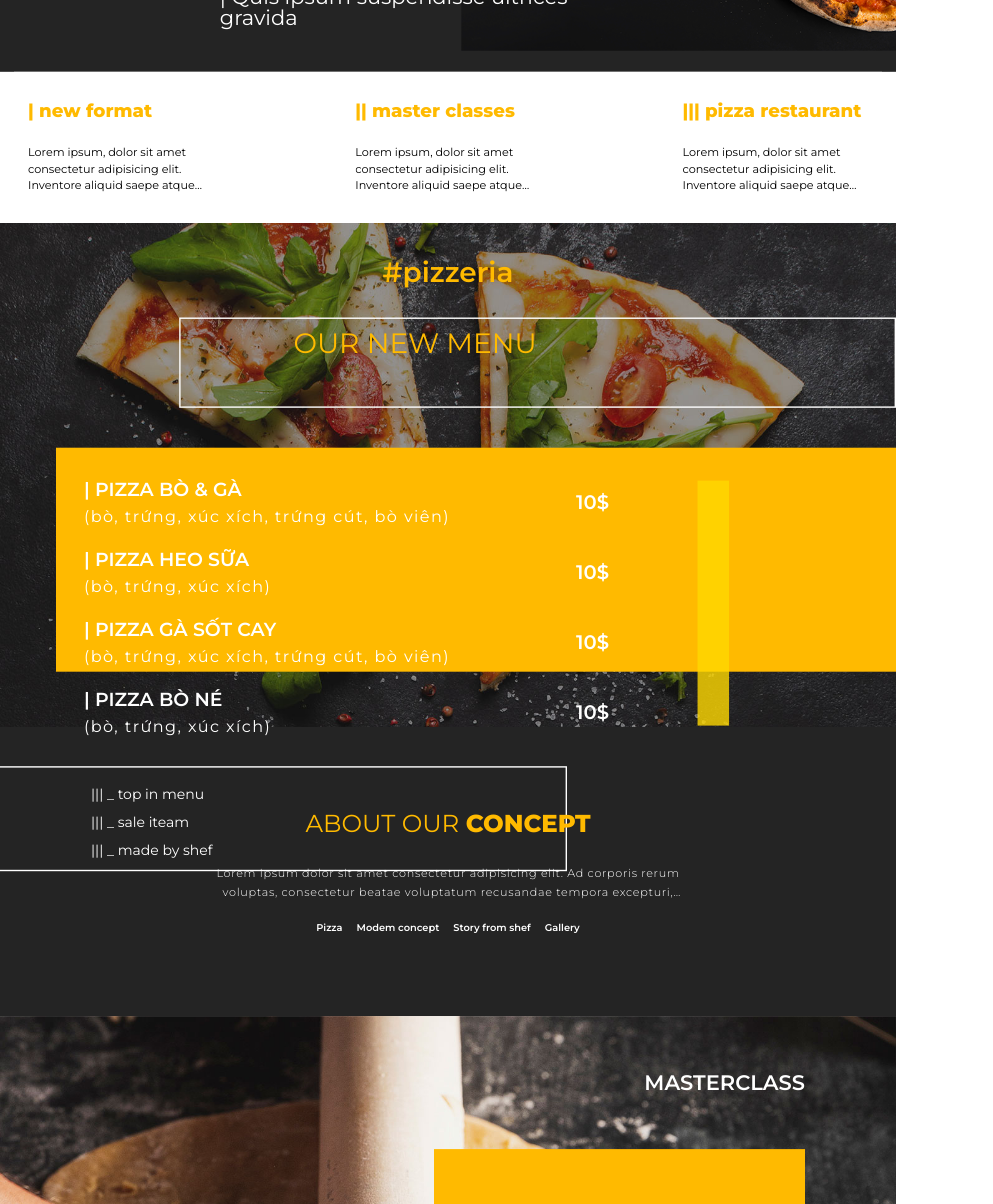
Repository: phu1204/pizzeria.github.io
Page: index.html
An editor plug-in stored every save of this project. The page is shown before and after the next save, followed by the edit.
The browser window is 1280 px wide. The page is 1419 px wide, so the pictures cover 1419 px, including what lies to the right of the window. The pictures show the part of the page from y = 1122 to 2842 px (the page is 4798 px tall), at 70% of full size.
The style sheet was rebuilt from its Sass, Less or Tailwind sources for each picture, by a compiler version that may differ from the author's.

Above is the page before, as saved 2021-07-29 22:06:47.

### index.html
<!DOCTYPE html>
<html lang="en">
  <head>
    <meta charset="UTF-8" />
    <meta http-equiv="X-UA-Compatible" content="IE=edge" />
    <meta name="viewport" content="width=device-width, initial-scale=1.0" />
    <title>#pizzeria</title>
    <link rel = "icon" href =
    "images/pizza.png"
            type = "image/x-icon">
    <link rel="preconnect" href="https://fonts.googleapis.com">
    <link rel="preconnect" href="https://fonts.gstatic.com" crossorigin>
    <link href="https://fonts.googleapis.com/css2?family=Montserrat:wght@300;400;600;800&display=swap" rel="stylesheet">
    <link rel="stylesheet" href="https://cdnjs.cloudflare.com/ajax/libs/font-awesome/5.15.3/css/all.min.css">
    <link rel="stylesheet" href="reset.css">
    <link rel="stylesheet" href="style.css">

  </head>
  <body>
      <div class="wrapper">
        <div class="container">
          <header id="header" class="header">
             <a href="#" class="header-logo">#pizzeria.</a>
             <nav class="header-menu">
               <ul class="header-list">
                 <li class="header-item"><a href="#menu" class="header-link">Menu</a></li>
                 <li class="header-item"><a href="#blog" class="header-link">Blog</a></li>
                 <li class="header-item"><a href="#about" class="header-link">About us</a></li>
                 <li class="header-item"><a href="#contact" class="header-link">Contacts</a></li>

               </ul>
               <i class="fas fa-times header-times"></i>
             </nav>
             <div class="header-info">
                <button href="" class="header-icon icon-search"><i class="fas fa-search"></i></button>
                <a href="" class="header-icon"><i class="fas fa-user"></i></a>
                <a href="" class="header-icon"><i class="fas fa-shopping-cart"></i></a>
             </div>
             <div class="header-bar">
                <i class="fas fa-bars"></i>
             </div>

             <div class="header-search">
                <input type="text" class="header-input" placeholder="Search">
             </div>
          </header>

          <section class="intro">
            <div class="intro-content">
              <div class="intro-title">
                <span class="intro-name intro--grand">grand</span>
                <span class="intro-name intro--opening">opening</span>
              </div>
              <a href="" class="button intro-button">read more</a>
            </div>
          </section>
        </div>

          <section  class="format">

            <div class="format-top">
                <div class="format-content">
                    <div class="format-title">new format</div>
                    <div class="format-info">
                      <h2 class="format-new">What new?</h2>
                      <ul class="format-list">
                        <li class="format-item">| Sed do eiusmod tempor incididunt ut Labore et</li>
                        <li class="format-item">| Dolore magna aliqua</li>
                        <li class="format-item">| Quis ipsum suspendisse ultrices gravida</li>
                      </ul>
                    </div>
                </div>
                <img src="images/format.png" alt="" class="format-img">
            </div>

            <div class="format-bottom  reveal">
              <div class="format-column">
                <h3 class="format-head">| new format</h3>
                <p class="fotmat-desc text">Lorem ipsum, dolor sit amet consectetur adipisicing elit. Inventore aliquid saepe atque quaerat ipsam tempore, quae perferendis laudantium esse architecto quas sint quia beatae id alias, sed dicta reprehenderit asperiores.</p>
              </div>
              <div class="format-column">
                <h3 class="format-head">|| master classes</h3>
                <p class="fotmat-desc text">Lorem ipsum, dolor sit amet consectetur adipisicing elit. Inventore aliquid saepe atque quaerat ipsam tempore, quae perferendis laudantium esse architecto quas sint quia beatae id alias, sed dicta reprehenderit asperiores.</p>
              </div>
              <div class="format-column">
                <h3 class="format-head">||| pizza restaurant</h3>
                <p class="fotmat-desc text">Lorem ipsum, dolor sit amet consectetur adipisicing elit. Inventore aliquid saepe atque quaerat ipsam tempore, quae perferendis laudantium esse architecto quas sint quia beatae id alias, sed dicta reprehenderit asperiores.</p>
              </div>
            </div>

          </section>

          <section id="menu" class="menu">
            <div class="menu-heading">
              <h2 class="menu-title  reveal">#pizzeria</h2>
              <p class="menu-order  reveal">our new menu</p>
            </div>
            <div class="menu-list  reveal">
              <div class="menu-item">
                <div class="menu-name">
                    <h3 class="menu-name-order"> | pizza bò & gà</h3>
                    <p class="menu-desc">(bò, trứng, xúc xích, trứng cút, bò viên)</p>
                </div>
                <p class="menu-price">10$</p>
              </div>
              <div class="menu-item">
                <div class="menu-name">
                    <h3 class="menu-name-order">| pizza heo sữa</h3>
                    <p class="menu-desc">(bò, trứng, xúc xích)</p>
                </div>
                <p class="menu-price">10$</p>
              </div>
              <div class="menu-item">
                <div class="menu-name">
                    <h3 class="menu-name-order">| pizza gà sốt cay</h3>
                    <p class="menu-desc">(bò, trứng, xúc xích, trứng cút, bò viên)</p>
                </div>
                <p class="menu-price">10$</p>
              </div>
              <div class="menu-item">
               <div class="menu-name">
                    <h3 class="menu-name-order">| pizza bò né</h3>
                    <p class="menu-desc">(bò, trứng, xúc xích)</p>
                </div>
                <p class="menu-price">10$</p>
              </div>
           </div>
           <div class="menu-bottom reveal">
             <p class="menu-hightlight">||| _ top in menu</p>
             <p class="menu-hightlight">||| _ sale iteam</p>
             <p class="menu-hightlight">||| _ made by shef</p>
           </div>

          </section>

          <section id="about"  class="about">
              <div class="about-body">
                <h2 class="about-title reveal">about our <span>concept</span></h2>
                <p class="about-desc text reveal">Lorem ipsum dolor sit amet consectetur adipisicing elit. Ad corporis rerum voluptas, consectetur beatae voluptatum recusandae tempora excepturi, temporibus quo veritatis ratione atque accusantium ea delectus eos harum culpa enim!</p>
                <ul class="about-list reveal">
                  <li class="about-item"><a href="">Pizza</a></li>
                  <li class="about-item"><a href="">Modem concept</a></li>
                  <li class="about-item"><a href="">Story from shef</a></li>
                  <li class="about-item"><a href="">Gallery</a></li>
                </ul>
              </div>
          </section>

          <section id="blog" class="class">
            <div class="class-content">
              <div class="class-name">
                <h1 class="class-caption reveal">masterclass</h1>
              </div>
              <div class="class-body reveal">
                <h2 class="class-heading">| the recipe for the most delicious pizza dough |</h2>
                <p class="class-desc">waiting for you</p>
                <div class="class-price">
                  <p class="class-info">price_<span>15$</span></p>
                  <p class="class-info">12:00-15:00</p>
                </div>
              </div>
                <a href="" class="class-button reveal">apply</a>
            </div>
          </section>

          <section id="contact" class="gallery ">
            <h2 class="gallery-heading reveal">gallery</h2>
            <div class="gallery-img ">
              <img src="./images/pizzaleft.jpg" alt="" class="gallery-img-item reveal">
              <img src="./images/pizzacenter.jpg" alt="" class="gallery-img-item reveal">
              <img src="./images/pizzaright.jpg" alt="" class="gallery-img-item reveal">
            </div>

            <div class="gallery-bottom">
              <h2 class="gallery-title">#pizzeria.</h2>
              <div class="gallery-content">
                <div class="gallery-desc reveal">Lorem ipsum dolor sit amet consectetur, adipisicing. Dolores dolorum, quia consectetur iste officia eligendi! consectetur nemo, reiciendis repudiandae nesciunt dolor id numquam laborum temporibus fuga</div>

              <div class="gallery-contact">
                <div class="gallery-social reveal">
                  <p class="gallery-block">| find us here</p>
                  <div class="gallery-link">
                    <i class="fab fa-instagram"></i>

                    <i class="fab fa-facebook"></i>

                    <i class="fab fa-twitter"></i>

                    <i class="fab fa-whatsapp"></i>

                    <i class="fab fa-google"></i>
                  </div>

                </div>

                <div class="gallery-info reveal">
                  <p class="gallery-block">| ask us here</p>
                  <a href="" class="gallery-web">www.#pizzeria.com</a>

                </div>
              </div>
            </div>
          </div>
          </section>

          <a href="#" class="ontop" >
            <i class="fas fa-arrow-up"></i>
          </a>

          <footer id="footer" class="footer ">
            <div class="footer-about footer-repon reveal">
              <h3 class="footer-title">about</h3>
              <p class="footer-desc text">
                Lorem ipsum dolor, sit amet consectetur adipisicing elit. Amet magnam laudantium fuga sed aliquid doloremque quos repellendus quis. Est non laboriosam incidunt recusandae, sed natus dignissimos eaque pariatur culpa esse.
              </p>

            </div>

              <div class="footer-item footer-repon reveal">
                <h3 class="footer-title">menu</h3>

                <ul>
                  <li class="footer-link"><a href="" class="footer-item-link">Team</a></li>
                  <li class="footer-link"><a href="" class="footer-item-link">Join us</a></li>
                  <li class="footer-link"><a href="" class="footer-item-link">Ethic</a></li>
                  <li class="footer-link"><a href="" class="footer-item-link">Goals</a></li>
                </ul>
              </div>

              <div class="footer-item footer-repon reveal">
                <h3 class="footer-title">shef</h3>
                <ul>
                  <li class="footer-link"><a href="" class="footer-item-link">Team</a></li>
                  <li class="footer-link"><a href="" class="footer-item-link">Join us</a></li>
                  <li class="footer-link"><a href="" class="footer-item-link">Ethic</a></li>
                  <li class="footer-link"><a href="" class="footer-item-link">Goals</a></li>
                </ul>
              </div>

              <div class="footer-item footer-repon reveal">
                <h3 class="footer-title">contact</h3>
                <ul>
                  <li class="footer-link"><a href="" class="footer-item-link">Team</a></li>
                  <li class="footer-link"><a href="" class="footer-item-link">Join us</a></li>
                  <li class="footer-link"><a href="" class="footer-item-link">Ethic</a></li>
                  <li class="footer-link"><a href="" class="footer-item-link">Goals</a></li>
                </ul>
              </div>
        </footer>

      </div>
    <script type="text/javascript" src="https://cdnjs.cloudflare.com/ajax/libs/jquery/3.6.0/jquery.min.js"></script>
    <script src="js/main.js"></script>
    <script src="js/search.js"></script>

  </body>
</html>

### reset.css
html,
body,
div,
span,
applet,
object,
iframe,
h1,
h2,
h3,
h4,
h5,
h6,
p,
blockquote,
pre,
a,
abbr,
acronym,
address,
big,
cite,
code,
del,
dfn,
em,
img,
ins,
kbd,
q,
s,
samp,
small,
strike,
strong,
sub,
sup,
tt,
var,
b,
u,
i,
center,
dl,
dt,
dd,
ol,
ul,
li,
fieldset,
form,
label,
legend,
table,
caption,
tbody,
tfoot,
thead,
tr,
th,
td,
article,
aside,
canvas,
details,
embed,
figure,
figcaption,
footer,
header,
hgroup,
menu,
nav,
output,
ruby,
section,
summary,
time,
mark,
audio,
video {
  margin: 0;
  padding: 0;
  border: 0;
  font-size: 100%;
  font: inherit;
  vertical-align: baseline;
}
/* HTML5 display-role reset for older browsers */
article,
aside,
details,
figcaption,
figure,
footer,
header,
hgroup,
menu,
nav,
section {
  display: block;
}
body {
  line-height: 1;
}
ol,
ul {
  list-style: none;
}
blockquote,
q {
  quotes: none;
}
blockquote:before,
blockquote:after,
q:before,
q:after {
  content: "";
  content: none;
}
table {
  border-collapse: collapse;
  border-spacing: 0;
}
*,
*:before,
*:after {
  box-sizing: border-box;
}
/* using rem unit */
html {
  font-size: 62.5%;
}
a {
  text-decoration: none;
  color: white;
}
img {
  display: block;
  max-width: 100%;
}
body {
  font-family: "Montserrat", sans-serif;
  font-size: 16px;
  line-height: 1;
}
input,
button,
textarea,
select {
  outline: none;
  font-family: "Montserrat", sans-serif;
  font-size: 16px;
  line-height: 1;
}
input {
  line-height: normal;
}
button {
  cursor: pointer;
  border: none;
  outline: none;
  background-color: transparent;
}

### style.scss
@import"scss/global";
@import"scss/header";
@import"scss/variables";
@import"scss/intro";
@import"scss/format";
@import"scss/menu";
@import"scss/about";
@import"scss/class";
@import"scss/gallery";
@import"scss/footer";
@import"scss/animation";

### scss/_global.scss
.container{
  background: url(./images/hero-img.jpg) no-repeat center/cover;
  width: 100%;
  margin: 0 auto;
  height: 100vh;
  position: relative;
}

html{
  scroll-behavior: smooth;
  -webkit-overflow-scrolling: touch;
}

.wrapper{
  max-width: 100%;
  position: relative;

}

.button{
  padding: 20px 40px;
  border: 4px solid #fff;
  font-size: 30px;
  text-transform: uppercase;
  color: white;
  font-weight: 600;
}

.text{
  font-weight: 300;
  font-size: 16px;
  margin-top: 35px;
  line-height: 1.5;
  color: black;
  font-weight: 400;
  display:-webkit-box;
  -webkit-line-clamp:3;
  -webkit-box-orient: vertical;
  overflow: hidden;
  text-overflow: ellipsis;
  word-break: break-word;
}

@media screen and (max-width: 1279px) {
  .container {

      background-position: top;
      height: 960px;
  }
}

@media screen and (max-width: 1023px) {
  .container {
    background-position: top;
    height: 960px;
}
}

@media screen and (max-width: 767px) {
  .container {
    background-size: auto 800px;
    background-position: center;
    height: 800px;
    background-color: #242424;
}
}


.reveal{
  opacity: 0;
  transform: translateY(100%);
  transition: all 0.4s linear;
}

.reveal.active{
  opacity: 1;
  transform: translateY(0);
  transition: all 0.3s linear;
  // .gallery-title::before{
  //     display: none;
  // }
}

.ontop{
  position: fixed;
  right: 60px;
  z-index: 99;
  bottom: 80px;
  width: fit-content;
  background-color: #ffba00;
  border-radius: 100rem;
  cursor: pointer;
  i{
     padding: 18px;
     font-size: 15px;
     color: white;
  }
  display: none;
  animation: bottotop 0.4s linear;
}

@media screen and (max-width: 1023px) {
  .ontop{
    right: 30px;
  }
}

### scss/_variables.scss
$black-gray: #242424;

### scss/_menu.scss
.menu{
  background: url(./images/menu.jpg) no-repeat center/cover;
  width: 100%;
  height: 100vh;
  position: relative;
  display: flex;
  flex-direction: column;
  align-items: center;
  padding: 50px 0;
  color: white;
  &-heading{
      width: 100%;
      text-align: center;
  }
  &-title{
      font-size: 40px;
      color: #ffba00;
      margin-bottom: 45px;
      font-weight: 600;
  }

  &-order{
    font-size: 40px;
    color: #ffba00;
    width: 80%;
    text-align: center;
    padding: 15px 350px 70px 0;
    margin-left: auto;
    border: 2px solid white;
    text-transform: uppercase;
    margin-bottom: 12px;
  }

  &-list {
      width: 1200px;
      margin-left: auto;
      padding: 60px 50px 0 40px;
      margin-bottom: 50px;
      position: relative;
      z-index: 2;
      max-width: 100%;
  }

  &-list::before{
    content: "";
    position: absolute;
    width: 100%;
    height: 320px;
    background-color: #ffba00;
    z-index: -2;
    // transform: translate(-50%,-50%);
    top: 45px;
    left: 0;
    }

    &-list::after{
        content: "";
        position: absolute;
        width: 45px;
        height: 350px;
        background-color: rgba(255, 217, 0, 0.801);

        top: calc(50% + 37px);
        right:  18%;
        transform: translate(-50%,-50%);
        z-index: -1;
    }

  &-item{
      display: flex;
      align-items: center;
      justify-content: space-between;
      line-height: 1.5;
      width: 750px;
      max-width: 100%;
  }

  &-desc{
      font-size: 23px;
      letter-spacing: 2px;
  }

  &-name-order{
      text-transform: uppercase;
      font-size: 27px;
      font-weight: 600;
  }

  &-item{
        margin-top: 25px;
  }

  &-price{
      font-size: 28px;
      font-weight: 600;
  }

  &-bottom{
    width: 1100px;
    margin-left: auto;
    padding-top: 20px;

    margin-bottom: 70px;
    position: relative;
    right: 50px;
  }

  &-bottom::before{
    content: "";
    position: absolute;
    background-color: transparent;
    width: 1000px;
    height: 150px;
    border: 2px solid white;
    transform: translate(-32%,-20%);
  }

  &-hightlight{
      font-size: 20px;
  }

  &-hightlight:not(:first-child){
    margin-top: 20px;
}

  @media screen and (max-width: 1279px) {
    height: 80vh;
    &-bottom{
      padding-left: 50px;
      margin-right: auto;
      right: 0;
    }

    &-title{
      margin-bottom: 50px;
    }
    &-order{
      margin-bottom: 40px;
    }

    &-list{
      margin-bottom: 120px;
    }
  }

  @media screen and (max-width: 1023px) {
      height: 85vh;
      &-title{
        margin-bottom: 50px;
      }
      &-order{
        margin-bottom: 0;
        padding: 15px 195px 50px 0;
        font-size: 35px;
      }

      &-name-order{
        font-size: 22px;
      }
      &-list{
        margin-bottom: 70px;
        padding-top: 65px;
      }
      &-list::before{
        height: 280px;
      }
      &-item{
        width: 650px;
        margin-top: 20px;
      }
      &-desc{
        font-size: 18px;
      }
      &-bottom::before{
        width: 750px;
      }

  }

  @media screen and (max-width: 767px) {
    height: 100vh;
    &-heading{
      padding: 0 5px;
    }
    &-order{
      padding: 5px 5px;
      width: 100%;
      font-size: 30px;
    }
    &-desc{
      display: none;
    }
    &-list{
        padding: 50px 25px 0 10px;
        max-width: 100%;
    }
    &-list::after{
      height: 310px;
      top: 10%;
      right: 3%;
    }
    &-bottom{
      max-width: 100%;
    }
    &-bottom::before{
      max-width: 100%;
      transform: none;
      left: 0;
      top: 0;
    }
  }




}

### scss/_about.scss
.about{
    padding: 120px 20px;
    display: flex;
    flex-direction: column;
    justify-content: center;
    align-items: center;
    text-align: center;
    background-color: #242424;
    max-width: 100%;
    &-body{
        width: 700px;
    }
    &-title{
        margin-bottom: 40px;
        font-size: 35px;
        text-transform: uppercase;
        color: #ffba00;
        span{
            font-weight: 800;

        }
    }

    &-desc{
        margin-bottom: 30px;
        font-weight: 200;
        line-height: 1.7;
        display:-webkit-box;
        -webkit-line-clamp:2;
        -webkit-box-orient: vertical;
        overflow: hidden;
        text-overflow: ellipsis;
        word-break: break-word;
        color: white;
        letter-spacing: 1px;
    }

    &-list{
        display: flex;
        align-items: center;
        justify-content: center;
    }

    &-item{
        margin: 0 10px;
        font-size: 14px;
        font-weight: 600;
    }
    @media screen and (max-width: 767px) {
        padding: 100px 20px;
        &-body{
            max-width: 100%;
        }
        &-item{
            font-size: 10px;
        }

    }

}

### scss/_footer.scss
.footer {
  padding: 70px 100px;
  color: white;
  display: flex;
  align-items: center;
  justify-content: center;
  background-color: #483500;
  max-width: 100%;
  flex-wrap: wrap;

  &-about{
      width: 280px;
      margin-right: 180px;
  }

  &-item:not(:last-child){
      margin-right: 150px;
  }
  &-item{
      line-height: 1.5;
  }

  &-desc{
      color: white;
      line-height: 1.5;
  }

  &-title{
      margin-bottom: 35px;
      font-size: 17px;
      font-weight: 600;
      text-transform: uppercase;
  }
  @media screen and (max-width: 767px) {
      padding: 0 0 0 10px;
    //   gap: 10px;
    &-title {
        margin-bottom: 10px;
    }
    &-repon{
        flex: 1 1 50%;
        width: 100%;
        padding: 10px;
    }
    &-about{
        margin-right: 0;
    }
    &-item:not(:last-child){
        margin-right: 0;
    }
  }

}

### scss/_animation.scss
@keyframes lefttoright{
    from{
        opacity: 0;
        transform: translateX(-100%);
    }
    to{
        opacity: 1;
        transform: translateX(0);
     }
}

@keyframes righttoleft{
    from{
        opacity: 0;
        transform: translateX(100%);
    }
    to{
        opacity: 1;
        transform: translateX(0);
     }
}

@keyframes bottotop{
    from{
        opacity: 0;
        transform: translateY(100%);
    }
    to{
        opacity: 1;
        transform: translateX(0);
     }
}

@keyframes toptobot{
    from{
        opacity: 0;
        transform: translateY(-200%);
    }
    to{
        opacity: 1;
        transform: translateX(0);
     }
}

@keyframes fadeOut{
    from{
        opacity: 0;
        transform: scale(1);
    }
    to{
        opacity: 1;
        transform: scale(0);
     }
}

Loaded but not shown: js/main.js (59 lines, source omitted); js/search.js (6 lines, source omitted); scss/_header.scss (236 lines, source omitted); scss/_format.scss (210 lines, source omitted); scss/_gallery.scss (165 lines, source omitted); scss/_intro.scss (107 lines, source omitted); scss/_class.scss (102 lines, source omitted)

After the next save:
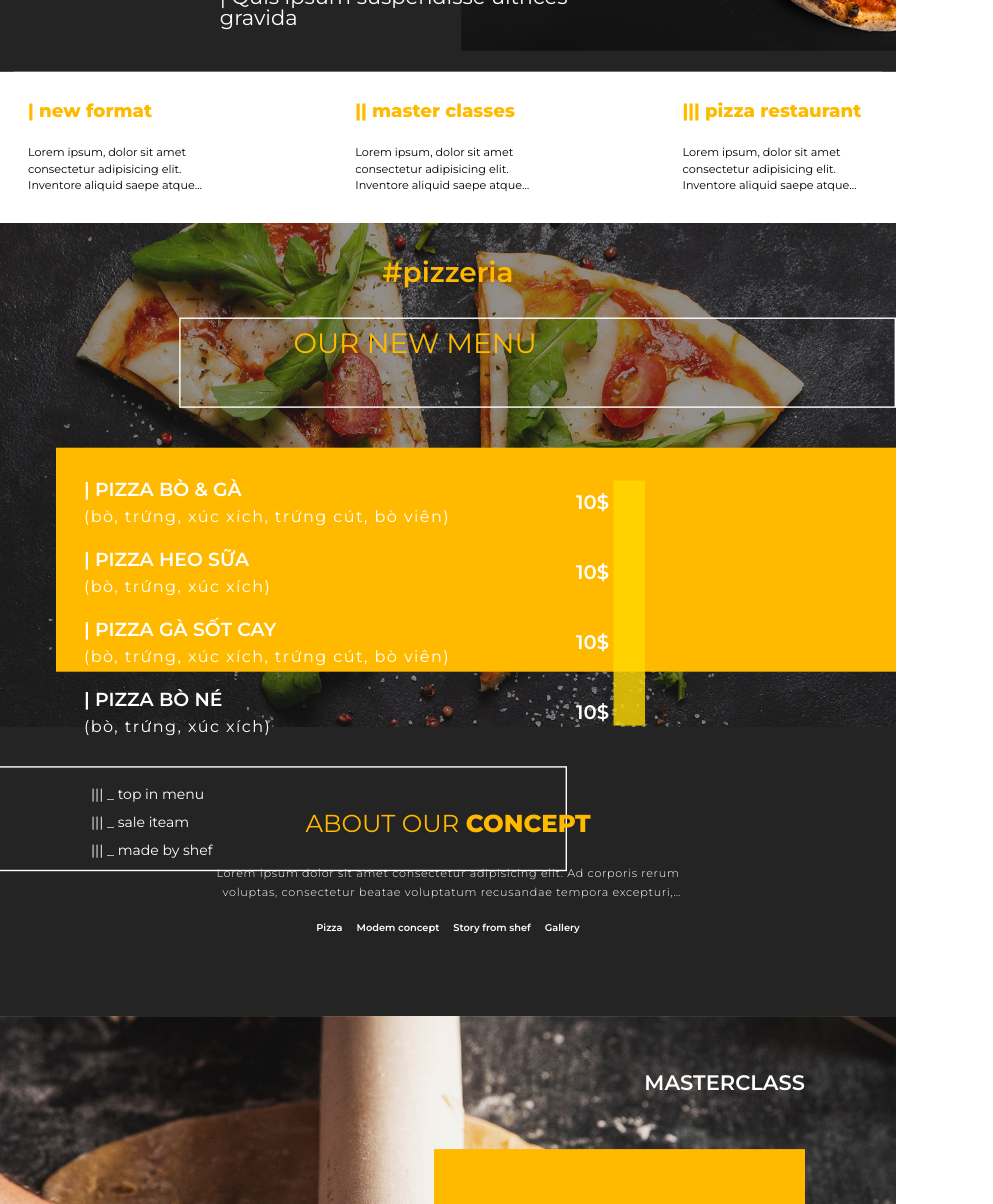
Saved 5 s later.
--- a/scss/_menu.scss
+++ b/scss/_menu.scss
@@ -61,7 +61,7 @@
         background-color: rgba(255, 217, 0, 0.801);
 
         top: calc(50% + 37px);
-        right:  18%;
+        right:  28%;
         transform: translate(-50%,-50%);
         z-index: -1;
     }
